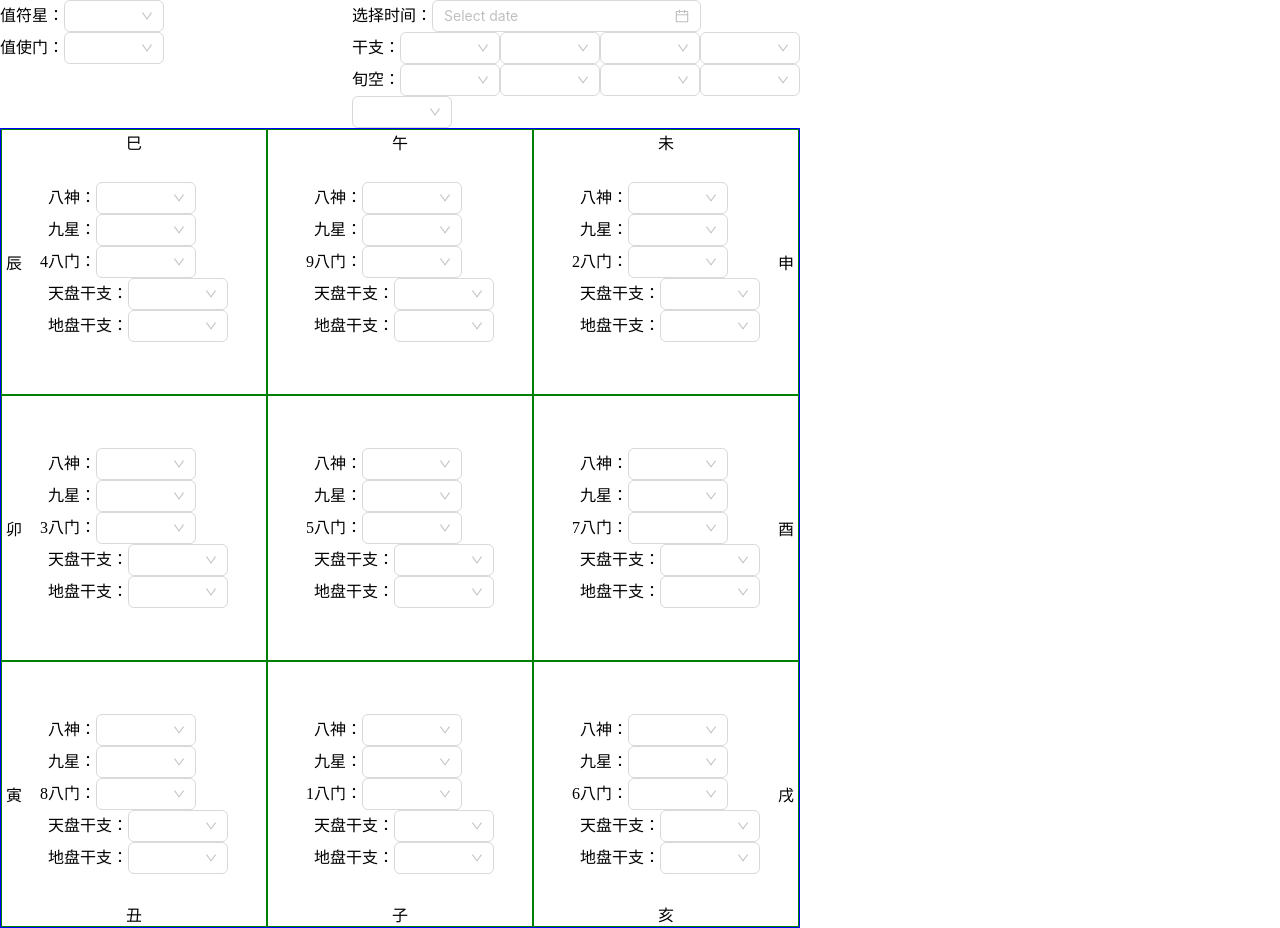
Repository: DaozhangChen/qiMen
Page: /
The author's editor kept a copy of each file at every save. The page is drawn from the files as they stood at one save, then again after the next save.
The browser window is 1280 px wide. The pictures show the whole page.
The project was rebuilt for these pictures with package versions that can differ from the ones it lists, and the page was loaded fresh each time. Also part of the build but not shown: vite.config.js.

Above is the page before, as saved 2024-04-06 16:27:50.

### src/App.jsx
import Sudoku from './compoment/Sudoku'

function App() {

  return (
    <>
      <Sudoku />
    </>
  )
}

export default App

### src/index.css
* {
  padding: 0;
  margin: 0;
  box-sizing: border-box;
}

ul,
li {
  list-style: none;
}

### src/compoment/Sudoku.jsx
import "../style/Sudoku.css"
import InfoSelect from "./InfoSelect"
import { useState } from "react"
import HeaderInfo from "./HeaderInfo"
import { useEffect } from "react"

function Sudoku() {
    const regionArr = [
        { number: 4, area: "巽", initDownStem1: "巳", initDownStem2: "辰" },
        { number: 9, area: "离", initDownStem1: "午" },
        { number: 2, area: "坤", initDownStem1: "未", initDownStem2: "申" },
        { number: 3, area: "震", initDownStem1: "卯" },
        { number: 5, area: "中" },
        { number: 7, area: "兑", initDownStem1: "酉" },
        { number: 8, area: "艮", initDownStem1: "丑", initDownStem2: "寅" },
        { number: 1, area: "坎", initDownStem1: "子" },
        { number: 6, area: "乾", initDownStem1: "亥", initDownStem2: "戌" }
    ]
    const baseHeaderInfo = {
        headerStar: null,
        headerDoor: null,
        headerTime: null,
        headerYearStem: null,
        headerMonthStem: null,
        headerDayStem: null,
        headerTimeStem: null,
        headerYearNull: null,
        headerMonthNull: null,
        headerDayNull: null,
        headerTimeNull: null,
        curPattern: null
    }
    const [detailInfo, setDetailInfo] = useState(regionArr)
    const [headerInfoObj, setHeaderInfoObj] = useState(baseHeaderInfo)
    useEffect(() => {
        console.log("11", detailInfo)
        return () => {
            console.log("22", detailInfo)
        }
    }, [detailInfo])


    return (
        <>
            <HeaderInfo setHeaderInfo={setHeaderInfoObj} />
            <div className="sudoku-grid">
                {/* 生成九宫格 */}
                {regionArr.map((value) => (
                    <div key={value.number} className="sudoku-row" data-key={value.number}>
                        {
                            value.number !== 5 ? <div className={"downStem1-" + value.number}>{value.initDownStem1}</div> : null
                        }
                        {
                            value.number % 2 === 0 ? <div className={"downStem2-" + value.number}>{value.initDownStem2}</div> : null
                        }
                        <div>{value.number}</div>
                        <ul>
                            <li className="sudoku-cell">
                                <ul>
                                    <li className="god">八神：<span><InfoSelect type="god" setDetailInfo={setDetailInfo} area={value.number} /></span></li>
                                    <li className="star">九星：<span><InfoSelect type="star" setDetailInfo={setDetailInfo} area={value.number} /></span></li>
                                    <li className="door">八门：<span><InfoSelect type="door" setDetailInfo={setDetailInfo} area={value.number} /></span></li>
                                    <li className="upStem">天盘干支：<span><InfoSelect type="upStem" setDetailInfo={setDetailInfo} area={value.number} /></span></li>
                                    <li className="downStem">地盘干支：<span><InfoSelect type="downStem" setDetailInfo={setDetailInfo} area={value.number} /></span></li>
                                </ul>
                            </li>
                        </ul>
                    </div>
                ))}
            </div>
        </>
    )
}
export default Sudoku

### src/style/Sudoku.css
.sudoku-grid {
    border: 1px solid blue;
    width: 800px;
    height: 800px;
    display: grid;
    grid-template-columns: repeat(3, 1fr);
    grid-template-rows: repeat(3, 1fr);

}

.sudoku-row {
    display: flex;
    border: 1px solid green;
    align-items: center;
    justify-content: center;
    position: relative;
}

.sudoku-cell>li {
    margin: 5px 0px;
}

div[class~="downStem"] {
    border: 1px solid red;
    border-radius: 50%;
}

.downStem1-4,
.downStem1-9,
.downStem1-2 {
    position: absolute;
    transform: translateY(-120px);
}

.downStem1-3,
.downStem2-4,
.downStem2-8 {
    position: absolute;
    transform: translateX(-120px);
}

.downStem1-7,
.downStem2-2,
.downStem2-6 {
    position: absolute;
    transform: translateX(120px);
}

.downStem1-1,
.downStem1-8,
.downStem1-6 {
    position: absolute;
    transform: translateY(120px);
}

### src/compoment/InfoSelect.jsx
import { Select } from "antd";
import setOption from "../toolFunction/setOption"

// eslint-disable-next-line react/prop-types
const InfoSelect = ({ type, setDetailInfo, area }) => {
    const option = setOption(type)

    const setValue = (value) => {
        //设置全局value
        if (area === "header") {
            setDetailInfo(originObj => {
                originObj[type] = value
                return { ...originObj }
            })
        } else {
            setDetailInfo(originArr => {
                const newArr = originArr.map((item) => {
                    if (item.number === area) {
                        item[type] = value
                        return item
                    } else {
                        return item
                    }
                })
                return newArr
            })
        }
    }

    return (
        <>
            <Select style={{ width: 100 }} options={option} onChange={setValue} showSearch />
        </>
    )
}

export default InfoSelect

### src/compoment/HeaderInfo.jsx
import "../style/HeaderInfo.css"
import InfoSelect from "./InfoSelect"
import { DatePicker } from 'antd';
// eslint-disable-next-line react/prop-types
const HeaderInfo = ({ setHeaderInfo }) => {

    const timeChange = (time, dateString) => {
        setHeaderInfo((value) => {
            return { ...value, headerTime: dateString }
        })
    }
    return (
        <>
            <div className="headerWrapper">
                <div>
                    <div>值符星：<span><InfoSelect type="headerStar" setDetailInfo={setHeaderInfo} area="header" /></span></div>
                    <div>值使门：<span><InfoSelect type="headerDoor" setDetailInfo={setHeaderInfo} area="header" /></span></div>
                </div>
                <div>
                    <div>选择时间：<span><DatePicker showTime onChange={timeChange} /></span></div>
                    <div>干支：
                        <span>
                            <InfoSelect type="headerYearStem" setDetailInfo={setHeaderInfo} area="header" />
                            <InfoSelect type="headerMonthStem" setDetailInfo={setHeaderInfo} area="header" />
                            <InfoSelect type="headerDayStem" setDetailInfo={setHeaderInfo} area="header" />
                            <InfoSelect type="headerTimeStem" setDetailInfo={setHeaderInfo} area="header" />
                        </span>
                    </div>
                    <div>旬空：
                        <span>
                            <InfoSelect type="headerYearNull" setDetailInfo={setHeaderInfo} area="header" />
                            <InfoSelect type="headerMonthNull" setDetailInfo={setHeaderInfo} area="header" />
                            <InfoSelect type="headerDayNull" setDetailInfo={setHeaderInfo} area="header" />
                            <InfoSelect type="headerTimeNull" setDetailInfo={setHeaderInfo} area="header" />
                        </span>
                    </div>
                    <div>
                        <span>
                            <InfoSelect type="curPattern" setDetailInfo={setHeaderInfo} area="header" />
                        </span>
                    </div>
                </div>
            </div>
        </>
    )
}

export default HeaderInfo

### src/toolFunction/setOption.js
import allStem from "./getAllSexagenaryBranches"
function setupOption(arr) {
    const option = arr.map((value) => {
        const obj = {}
        obj.label = value
        obj.value = value
        return obj
    })
    return option
}

const setOption = (type) => {
    const godArr = ["值符", "腾蛇", "太阴", "六合", "白虎", "玄武", "九地", "九天"]
    const starArr = ["天蓬星", "天任星", "天冲星", "天辅星", "天英星", "天芮星", "天柱星", "天心星", "天禽星"]
    const doorArr = ["休门", "生门", "伤门", "杜门", "景门", "死门", "惊门", "开门"]
    const stemArr = ["戊", "己", "庚", "辛", "壬", "癸", "丁", "丙", "乙"]
    const downNullStem = ["子丑", "寅卯", "辰巳", "午未", "申酉", "戌亥"]
    const pattern = [
        "阳遁一局", "阳遁二局", "阳遁三局", "阳遁四局", "阳遁五局", "阳遁六局", "阳遁七局", "阳遁八局", "阳遁九局",
        "阴遁一局", "阴遁二局", "阴遁三局", "阴遁四局", "阴遁五局", "阴遁六局", "阴遁七局", "阴遁八局", "阴遁九局"
    ]
    const resultMap = {
        "god": setupOption(godArr),
        "star": setupOption(starArr),
        "door": setupOption(doorArr),
        "upStem": setupOption(stemArr),
        "downStem": setupOption(stemArr),
        "headerStar": setupOption(starArr),
        "headerDoor": setupOption(doorArr),
        "headerYearStem": setupOption(allStem),
        "headerMonthStem": setupOption(allStem),
        "headerDayStem": setupOption(allStem),
        "headerTimeStem": setupOption(allStem),
        "headerYearNull": setupOption(downNullStem),
        "headerMonthNull": setupOption(downNullStem),
        "headerDayNull": setupOption(downNullStem),
        "headerTimeNull": setupOption(downNullStem),
        "curPattern": setupOption(pattern)
    }
    return resultMap[type]
}

export default setOption

### src/style/HeaderInfo.css
.headerWrapper {
    display: flex;
    flex-direction: row;
    width: 800px;
    justify-content: space-between;
}

### src/toolFunction/getAllSexagenaryBranches.js
function getAllSexagenaryBranches() {
    const allUpStem = ["甲", "乙", "丙", "丁", "戊", "己", "庚", "辛", "壬", "癸"]
    const allDownStem = ["子", "丑", "寅", "卯", "辰", "巳", "午", "未", "申", "酉", "戌", "亥"]
    const finalItems = []
    let upIndex = 0
    let downIndex = 0
    for (let i = 0; i < 60; i++) {
        finalItems.push(allUpStem[upIndex] + allDownStem[downIndex])
        upIndex === 9 ? upIndex = 0 : upIndex++
        downIndex === 11 ? downIndex = 0 : downIndex++
    }
    return finalItems
}
const allStem = getAllSexagenaryBranches()


export default allStem

Loaded but not shown: index.html (common file); src/main.jsx (common file)

After the next save:
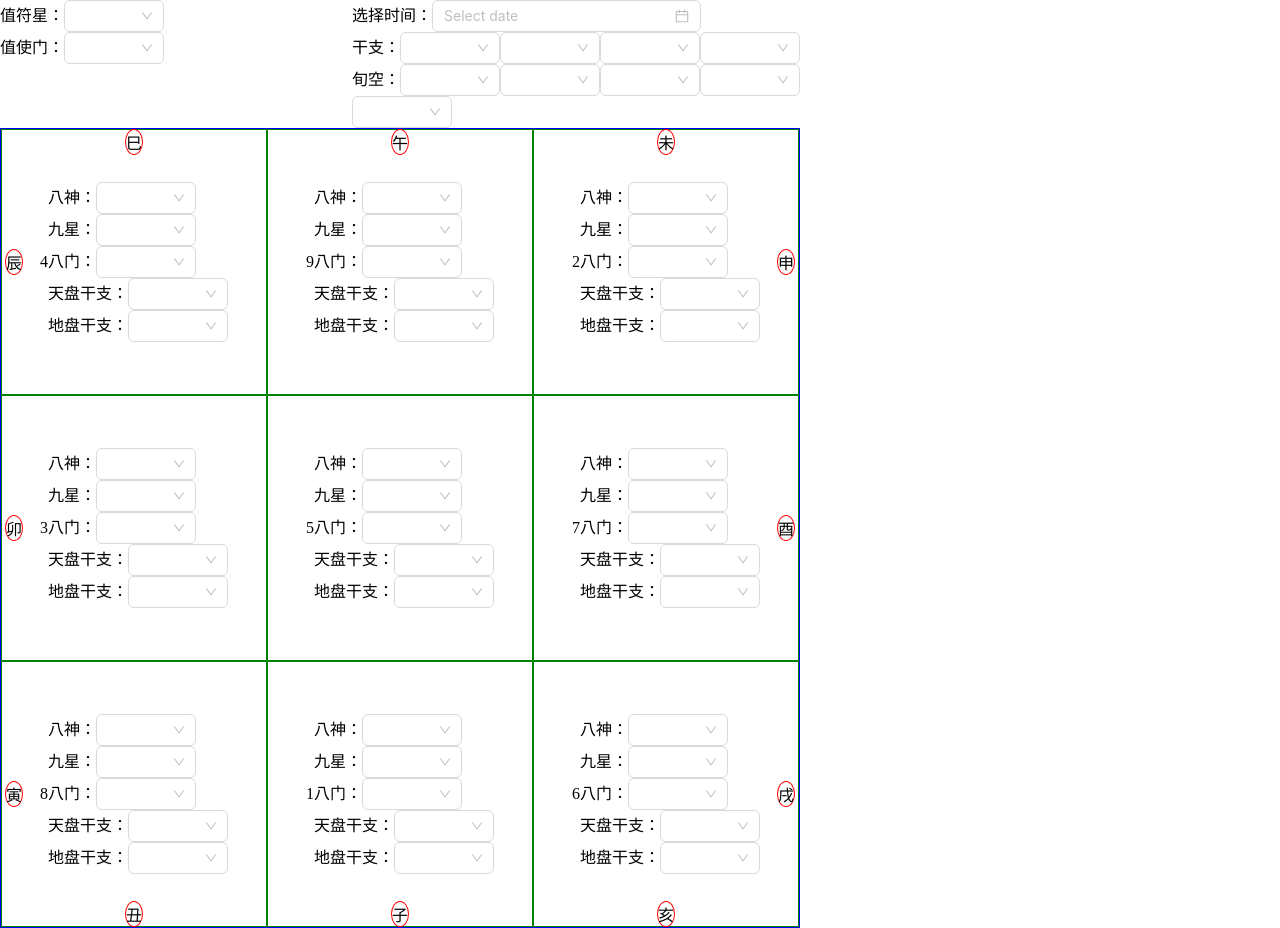
Saved 96 s later.
--- a/src/style/Sudoku.css
+++ b/src/style/Sudoku.css
@@ -20,7 +20,7 @@
     margin: 5px 0px;
 }
 
-div[class~="downStem"] {
+div[class^="downStem"] {
     border: 1px solid red;
     border-radius: 50%;
 }
